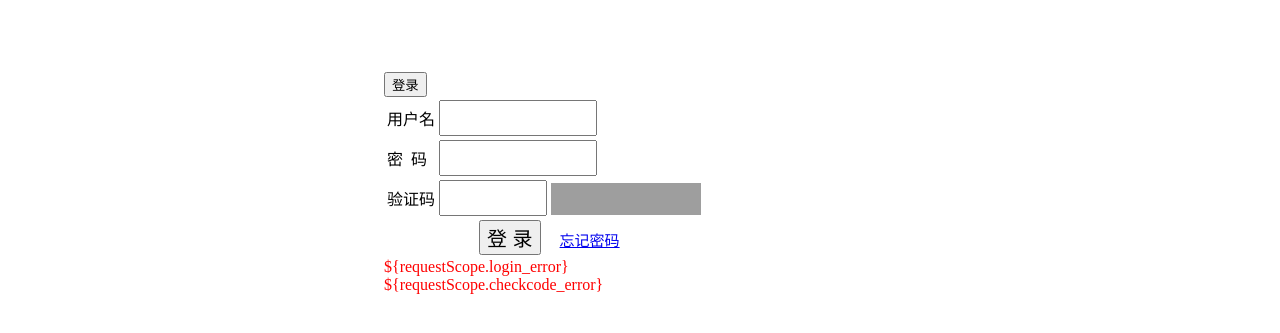
Repository: IAmJiangWenHao/ReportServer
Page: demo.html
An editor plug-in stored every save of this project. The page is shown before and after the next save, followed by the edit.
The browser window is 1280 px wide. The pictures show the whole page.
Pictures or frames that could not be fetched are drawn as grey boxes.

Above is the page before, as saved 2023-05-16 11:48:05.

### demo.html
<!DOCTYPE html>
<html>
  <head>
    <meta http-equiv="Content-Type" content="text/html; charset=UTF-8">
    <title>登录</title>
  </head>
  <body>
    <style>
      dfv{
        width: 500px;
        height:300px;
        position: absolute;
        top: 10%;
        left: 30%;

      }
      table div  {
				display: none;
			}
      table div .ContActive {
				display: block;
			}
    </style>

    <script type="text/javascript"> //这里是JavaScript
      window.onload = function () {
        document.getElementById("img").onclick = function () {
          /*document.getElementById()通过元素的id来获取元素，
           .getElementById("img")先获取"img" 元素；
           然后.onclick()，点击触发一个事件，这个事件发生会执行funciton()函数。
           目的:点击id为img的页面元素时会触发funciton函数。生成验证码*/
          this.src = "CheckcodeServlet?time" + new Date().getTime();
          //new Date().getTime()增加时间戳来更换验证码图片
        };
        tabClick(); //切换方法
      };

    </script>
    <script type="text/javascript">
    //检查输入是否为空
      function Check() {
        const username = document.form1.username.value;
        const password = document.form1.password.value;
        const checkcode = document.form1.checkcode.value;

        if (!username) {
          alert("用户名不能为空！");
          document.form1.username.focus();
          return false;
        }

        if (!password) {
          alert("密码不能为空！");
          document.form1.password.focus();
          return false;
        }

        if (!checkcode) {
          alert("验证码不能为空！");
          document.form1.checkcode.focus();
          return false;
        }

        return true;
      }

			function tabClick() {
				var tab = document.querySelectorAll(".table button"); // 获取tab所有 li
				var cont = document.querySelectorAll(".table div") //获取content所有 li
				if (tab && cont) { //严格模式 取到tab 和 cont 之后再进行其他
					for (var i = 0; i < tab.length; i++) { //给每一个tab添加点监听点击事件
						addHover(i);
					}
					//添加点击监听
					function addHover(i) {
						tab[i].addEventListener('click', function() { //点击切换
							// tab[i].addEventListener('mouseover', function() {//悬浮切换
							setTabClass(i);
							setContClass(i)
						});
					}
					// 切换按钮的事件
					function setTabClass(num) {
						// 移出所有的TabActive名称
						for (var i = 0; i < tab.length; i++) {
							tab[i].classList.remove("TabActive");
						}
						// 点击的哪个给哪个添加TabActive
						tab[num].classList.add("TabActive");
					}
					// 切换内容的事件
					function setContClass(num) {
						// 移出所有的ContActive名称
						for (var i = 0; i < cont.length; i++) {
							cont[i].classList.remove("ContActive");
						}
						// 点击的哪个给哪个添加ContActive
						cont[num].classList.add("ContActive");
					}
				}
			}
    </script>

  <dfv>
 <form action="LoginServlet" method="post" name="form1" onSubmit="return Check()">
        <!-- form属性action="LoginServlet"中，LoginServlet待后续实现，用于处理请求-->
        <table>
          <button >
            登录
          </button>
          <div>
          <tr>
            <td>用户名</td>
            <td><input style="width:150px;height:30px;" type="text" name="username" size="20"></td>
          </tr>
          <tr>
            <td>密&nbsp;&nbsp;码</td>
            <td><input style="width: 150px;height:30px;" type="password" name="password" size="20"></td>
          </tr>
          <tr>
            <td>验证码</td>
            <td><input style="width: 100px;height:30px;" type="text" name="checkcode" size="15">
              <img style="width:150px;height:32px;" id="img" src="CheckcodeServlet"  alt="[验证码待续]" align="center">
              <!-- id为img的页面元素,显示验证码图像；src="CheckcodeServlet"中，CheckcodeServlet待后续实现-->
            </td>
          </tr>
          <tr><td></td>
            <td><input style="margin-left:40px;font-size:20px;" type="submit" value="登&nbsp;录">
              <font style="font-size:15px">&nbsp;&nbsp;&nbsp;&nbsp;<a href="forgetPassword.jsp">忘记密码 </a> </font></td>
          </tr>
          </div>
        </table>
      </form>
      <div style="color: red">${requestScope.login_error}</div>
      <div style="color: red">${requestScope.checkcode_error}</div>
    </div>
  </body>
</html>

After the next save:
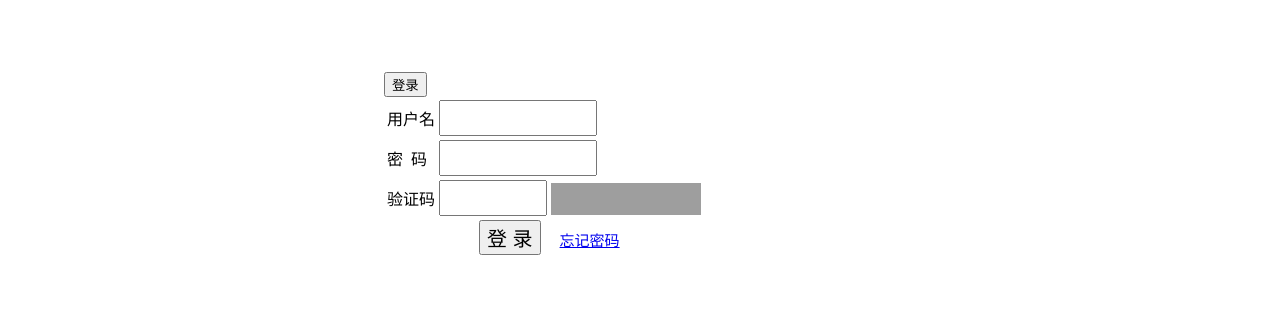
Saved 44 s later.
--- a/demo.html
+++ b/demo.html
@@ -131,8 +131,6 @@
           </div>
         </table>
       </form>
-      <div style="color: red">${requestScope.login_error}</div>
-      <div style="color: red">${requestScope.checkcode_error}</div>
     </div>
   </body>
 </html>
